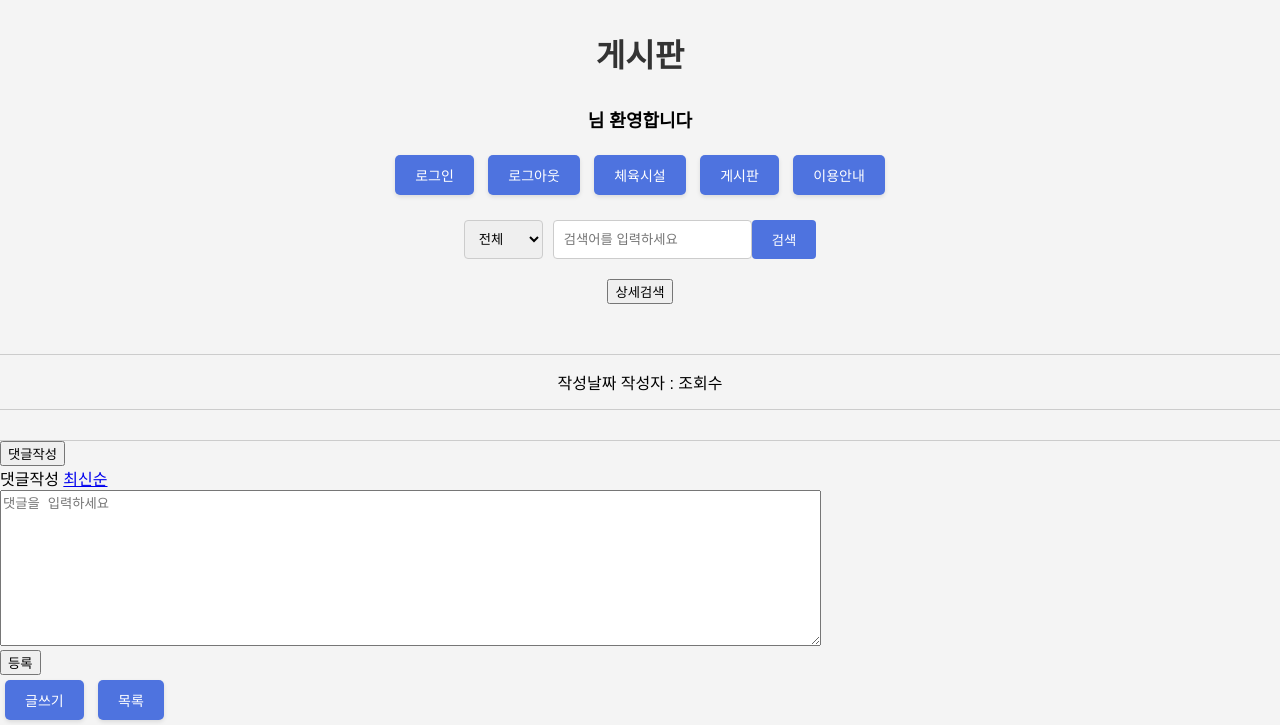
Repository: shinyunseok/portfolio1
Page: http://localhost/portfolio/WEB-INF/board/getBoard.jsp
An editor plug-in stored every save of this project. The page is shown before and after the next save, followed by the edit.
The browser window is 1280 px wide. The pictures show the whole page.
The page is served by Tomcat 10. Nobody is signed in. Other server files are loaded and not shown. The template is opened directly, without the code that normally fills it, so the values that code supplies are empty.

Above is the page before, as saved 2023-05-30 04:17:01.

### portfolio/src/main/webapp/WEB-INF/board/getBoard.jsp
<%@ page language="java" contentType="text/html; charset=UTF-8" pageEncoding="UTF-8"%>
<%@ taglib prefix="c" uri="http://java.sun.com/jsp/jstl/core" %>
<!DOCTYPE html>
<html>
<head>
<meta charset="UTF-8">
<style>
/* 전체 페이지 스타일 */
body {
  font-family: Arial, sans-serif;
  background-color: #f4f4f4;
  margin: 0;
  padding: 0;
}

/* 컨테이너 스타일 */
.container {
  max-width: 800px;
  margin: 0 auto;
  padding: 20px;
}

/* 제목 스타일 */
h1 {
  text-align: center;
  margin: 30px 0;
  color: #333;
}

/* 내비게이션 스타일 */
.navigation {
  margin-bottom: 20px;
  text-align: center;
}

.navigation h3 {
  margin-top: 0;
  font-size: 18px;
}

.navigation a {
  display: inline-block;
  margin: 5px;
  padding: 10px 20px;
  text-decoration: none;
  color: #fff;
  background-color: #4e73df;
  border-radius: 5px;
  transition: background-color 0.3s;
  font-size: 14px;
  border: none;
  cursor: pointer;
  box-shadow: 0 2px 4px rgba(0, 0, 0, 0.1);
}

.navigation a:hover {
  background-color: #3756a4;
}

/* 검색창 스타일 */
.search-form {
  display: flex;
  justify-content: center;
  margin-bottom: 20px;
}

.search-form select,
.search-form input[type="text"] {
  padding: 10px;
  border: 1px solid #ccc;
  border-radius: 4px;
}

.search-form select {
  margin-right: 10px;
}

.search-form button[type="submit"] {
  padding: 10px 20px;
  background-color: #4e73df;
  color: #fff;
  border: none;
  border-radius: 4px;
  cursor: pointer;
}

.search-form button[type="submit"]:hover {
  background-color: #3756a4;
}

/* 테이블 스타일 */
table {
  width: 100%;
  border-collapse: collapse;
}

thead {
  background-color: #4e73df;
  color: #fff;
}

th, td {
  padding: 15px;
  text-align: center;
  border-bottom: 1px solid #ccc;
}

th:first-child,
td:first-child {
  width: 10%;
}

th:nth-child(2),
td:nth-child(2) {
  width: 40%;
}

th:nth-child(3),
td:nth-child(3) {
  width: 20%;
}

th:nth-child(4),
td:nth-child(4) {
  width: 15%;
}

th:last-child,
td:last-child {
  width: 15%;
}

tbody tr:nth-child(even) {
  background-color: #f4f4f4;
}

tbody tr:hover {
  background-color: #ebebeb;
}

/* selectEvent 스타일 */
.selectEvent {
  margin-bottom: 20px;
  text-align: center;
}

.selectEvent a {
  display: inline-block;
  margin: 5px;
  padding: 10px 20px;
  text-decoration: none;
  color: #333;
  border: 1px solid #ccc;
  border-radius: 5px;
  transition: background-color 0.3s;
  font-size: 14px;
  cursor: pointer;
}

.selectEvent a:hover {
  background-color: #f1f1f1;
}

/* selectBar 스타일 */
#selectBar {
  text-align: center;
  margin-bottom: 20px;
}

#selectBar select,
#selectBar input[type="text"] {
  padding: 10px;
  border: 1px solid #ccc;
  border-radius: 4px;
}

#selectBar select {
  margin-right: 10px;
}

#selectBar button[type="submit"] {
  padding: 10px 20px;
  background-color: #4e73df;
  color: #fff;
  border: none;
  border-radius: 4px;
  cursor: pointer;
}

#selectBar button[type="submit"]:hover {
  background-color: #3756a4;
}

#selectBar button[type="button"] {
  padding: 10px 20px;
  background-color: #4e73df;
  color: #fff;
  border: none;
  border-radius: 4px;
  cursor: pointer;
}

#selectBar button[type="button"]:hover {
  background-color: #3756a4;
}

/* advancedSearchDiv 스타일 */
#advancedSearchDiv {
  display: none;
  text-align: center;
  margin-bottom: 20px;
  padding-top: 20px;
  border-top: 1px solid #ccc;
}

#advancedSearchDiv label {
  display: block;
  margin-bottom: 10px;
}

#advancedSearchDiv input[type="radio"] {
  margin-right: 5px;
}

/* write-button 스타일 */
.write-button {
  display: inline-block;
  margin: 5px;
  padding: 10px 20px;
  text-decoration: none;
  color: #fff;
  background-color: #4e73df;
  border: none;
  border-radius: 5px;
  transition: background-color 0.3s;
  font-size: 14px;
  cursor: pointer;
  box-shadow: 0 2px 4px rgba(0, 0, 0, 0.1);
}

.write-button:hover {
  background-color: #3756a4;
}



</style>

<title>게시판</title>
</head>
<body>
  <h1>게시판</h1>
  <div class="navigation">
    <h3>${user_name}님 환영합니다</h3>
    <c:if test="${empty user_id}">
      <a href="login.do">로그인</a>
    </c:if>
    <a href="logout.do">로그아웃</a>
    <a href="getSportList.do">체육시설</a>
    <a href="getBoardList.do">게시판</a>
    <a href="#">이용안내</a>
  </div>

  <div id="selectBar">
    <form class="search-form" action="#" method="GET">
      <select name="search_type">
        <option value="all">전체</option>
        <option value="facility_name">시설명</option>
        <option value="location">지역</option>
      </select>
      <input type="text" name="search_query" placeholder="검색어를 입력하세요" required>
      <button type="submit">검색</button>
    </form>
    <button onclick="toggleAdvancedSearch()">상세검색</button>
  </div>


  <table class="boardTable">
    <tr>
      <th colspan="3">${board.title }</th>
    </tr>

	<tr>
		<td> <label>작성날짜</label> ${board.regDate } <label>작성자</label> : ${board.board_id } <label>조회수</label>${board.cnt }</td>
	</tr>
	<tr>
		<td colspan="3">${board.content }</td>
	</tr>
  </table>
  <button id="comment_open">댓글작성</button>
  <form action="">
	댓글작성 <a href="#">최신순</a> <br>
	<textarea rows="10" cols="100" placeholder="댓글을 입력하세요" name="comment_content"></textarea> <br>
	<input type="submit" value="등록">
	</form>
  <button class="write-button" onclick="location.href='insertBoard.do'">글쓰기</button>
  <button class="write-button" onclick="location.href='getBoardList.do'">목록</button>

</body>
</html>

After the next save:
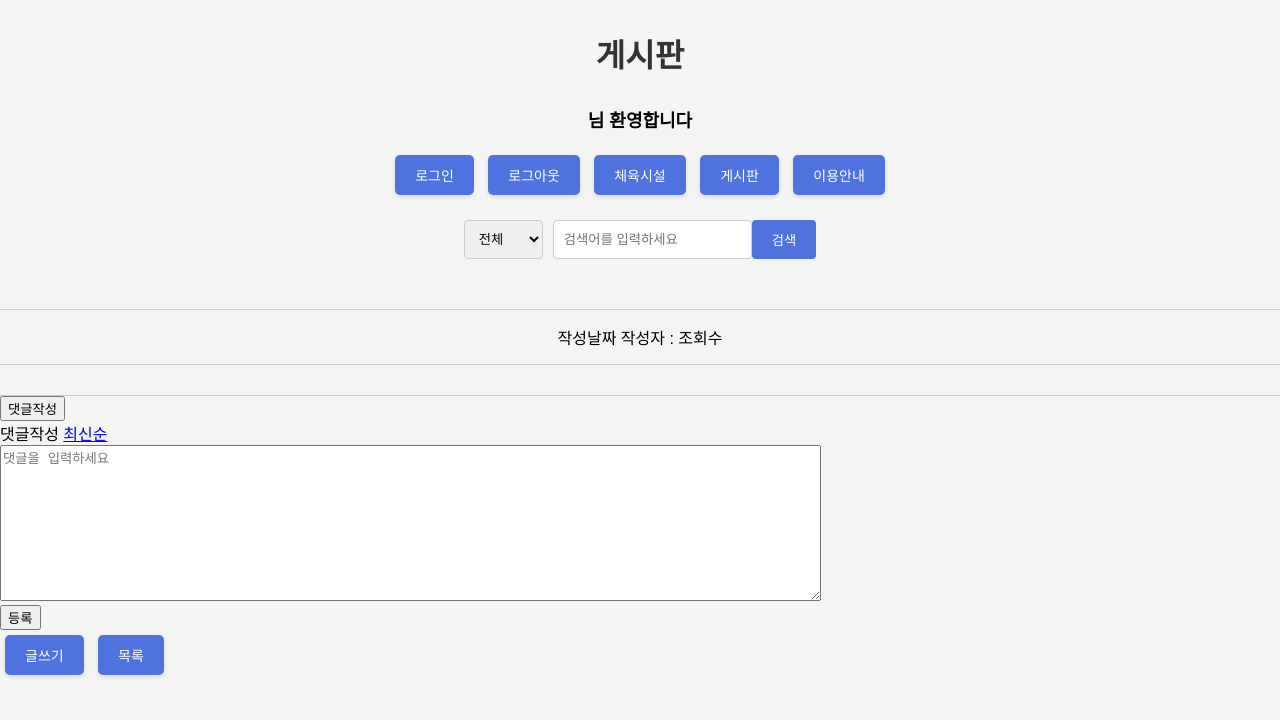
Saved 9 s later.
--- a/portfolio/src/main/webapp/WEB-INF/board/getBoard.jsp
+++ b/portfolio/src/main/webapp/WEB-INF/board/getBoard.jsp
@@ -271,7 +271,6 @@ tbody tr:hover {
       <input type="text" name="search_query" placeholder="검색어를 입력하세요" required>
       <button type="submit">검색</button>
     </form>
-    <button onclick="toggleAdvancedSearch()">상세검색</button>
   </div>
 
 
